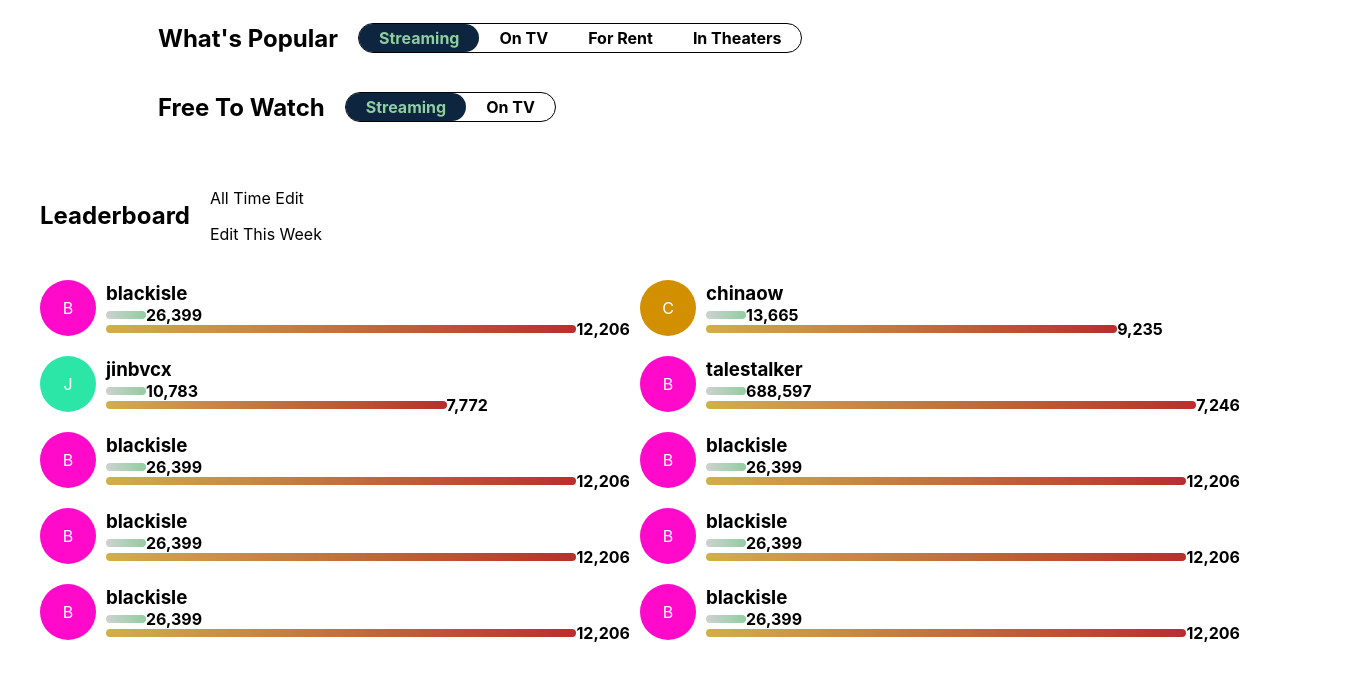
Repository: Fauzaanmhmd/qnpTesFrontend
Page: /
These files come from the project's save history. The page is drawn as it stood at one moment and after the next save; the edit follows.
The browser window is 1280 px wide. The page is 1371 px wide, so the pictures cover 1371 px, including what lies to the right of the window. The pictures show the part of the page from y = 364 to 1054 px (the page is 1054 px tall).
The page's requests for data from a server got no answer. The project was rebuilt for these pictures with package versions that can differ from the ones it lists, and the page was loaded fresh each time. The framework's server and built-in components were replaced by stand-ins that run in the browser. No one was signed in, and anything a server would have sent is missing. Also part of the build but not shown: next.config.js, styles/Moviecard.module.scss, pages/components/Moviecard.tsx.

Above is the page before, as saved 2022-03-20 23:01:09.

### pages/components/Banner.tsx
import styles from "../../styles/Banner.module.scss"

const Banner = () => {
    return (
        <div className={styles.container}>
            <div className={styles.BannerImg}>
                <img src="https://www.themoviedb.org/t/p/w1920_and_h600_multi_faces_filter(duotone,032541,01b4e4)/sfjqJDmNqMIImO5khiddb9TARvO.jpg" />
            </div>
            <div className={styles.MediaWrap}>
                <div className={styles.title}>
                    <h1>Welcome</h1>
                    <h2>Millions of movies, TV shows and people to discover. Explore now.</h2>
                    <form>
                        <label>
                            <input className={styles.inputSearch} type="text" placeholder="Seach for a movie, tv show, person....." />
                            <input className={styles.inputSubmit} type="submit" value="Search" />
                        </label>
                    </form>
                </div>
            </div>
        </div>
    )
}

export default Banner

### pages/Leaderboard.tsx
import styles from "../styles/Leaderboard.module.scss"

const Leaderboard = () => {
    return (
        <section className={styles.Container}>
            <div className={styles.ColumnWrapper}>
                <div className={styles.Column}>
                    <div className={styles.ColumnHeader}>
                        <h2>Leaderboard</h2>
                        <div className={styles.HeaderEdit}>
                            <span><p>All Time Edit</p></span>
                            <span><p>Edit This Week</p></span>
                        </div>
                    </div>
                    <div className={styles.Content}>
                        <ol className={styles.Leaderboard}>
                            <li>
                                <span className={styles.avatar}>
                                    <a href="https://www.themoviedb.org/u/blackisle">
                                        <span>B</span>
                                    </a>
                                </span>
                                <div className={styles.data}>
                                    <h3>
                                        <a href="https://www.themoviedb.org/u/blackisle">blackisle</a>
                                    </h3>
                                    <div className={styles.meter}>
                                        <div className={styles.gauge}>
                                        </div>
                                        <h4>26,399</h4>
                                    </div>
                                    <div className={styles.meterThisWeek}>
                                        <div className={styles.gaugeThisWeek}>
                                        </div>
                                        <h4>12,206</h4>
                                    </div>
                                </div>
                            </li>
                            <li>
                                <span className={styles.avatarC}>
                                    <a href="https://www.themoviedb.org/u/chinaow">
                                        <span>C</span>
                                    </a>
                                </span>
                                <div className={styles.data}>
                                    <h3>
                                        <a href="https://www.themoviedb.org/u/chinaow">chinaow</a>
                                    </h3>
                                    <div className={styles.meter}>
                                        <div className={styles.gauge}>
                                        </div>
                                        <h4>13,665</h4>
                                    </div>
                                    <div className={styles.meterThisWeek}>
                                        <div className={styles.gaugeThisWeekC}>
                                        </div>
                                        <h4>9,235</h4>
                                    </div>
                                </div>
                            </li>
                            <li>
                                <span className={styles.avatarJ}>
                                    <a href="https://www.themoviedb.org/u/jinbvcx">
                                        <span>J</span>
                                    </a>
                                </span>
                                <div className={styles.data}>
                                    <h3>
                                        <a href="https://www.themoviedb.org/u/jinbvcx">jinbvcx</a>
                                    </h3>
                                    <div className={styles.meter}>
                                        <div className={styles.gauge}>
                                        </div>
                                        <h4>10,783</h4>
                                    </div>
                                    <div className={styles.meterThisWeek}>
                                        <div className={styles.gaugeThisWeekJ}>
                                        </div>
                                        <h4>7,772</h4>
                                    </div>
                                </div>
                            </li>
                            <li>
                                <span className={styles.avatar}>
                                    <a href="/u/blackisle">
                                        <span>B</span>
                                    </a>
                                </span>
                                <div className={styles.data}>
                                    <h3>
                                        <a href="/u/blackisle">talestalker</a>
                                    </h3>
                                    <div className={styles.meter}>
                                        <div className={styles.gaugeT}>
                                        </div>
                                        <h4>688,597</h4>
                                    </div>
                                    <div className={styles.meterThisWeek}>
                                        <div className={styles.gaugeThisWeek}>
                                        </div>
                                        <h4>7,246</h4>
                                    </div>
                                </div>
                            </li>
                            <li>
                                <span className={styles.avatar}>
                                    <a href="/u/blackisle">
                                        <span>B</span>
                                    </a>
                                </span>
                                <div className={styles.data}>
                                    <h3>
                                        <a href="/u/blackisle">blackisle</a>
                                    </h3>
                                    <div className={styles.meter}>
                                        <div className={styles.gauge}>
                                        </div>
                                        <h4>26,399</h4>
                                    </div>
                                    <div className={styles.meterThisWeek}>
                                        <div className={styles.gaugeThisWeek}>
                                        </div>
                                        <h4>12,206</h4>
                                    </div>
                                </div>
                            </li>
                            <li>
                                <span className={styles.avatar}>
                                    <a href="/u/blackisle">
                                        <span>B</span>
                                    </a>
                                </span>
                                <div className={styles.data}>
                                    <h3>
                                        <a href="/u/blackisle">blackisle</a>
                                    </h3>
                                    <div className={styles.meter}>
                                        <div className={styles.gauge}>
                                        </div>
                                        <h4>26,399</h4>
                                    </div>
                                    <div className={styles.meterThisWeek}>
                                        <div className={styles.gaugeThisWeek}>
                                        </div>
                                        <h4>12,206</h4>
                                    </div>
                                </div>
                            </li>
                            <li>
                                <span className={styles.avatar}>
                                    <a href="/u/blackisle">
                                        <span>B</span>
                                    </a>
                                </span>
                                <div className={styles.data}>
                                    <h3>
                                        <a href="/u/blackisle">blackisle</a>
                                    </h3>
                                    <div className={styles.meter}>
                                        <div className={styles.gauge}>
                                        </div>
                                        <h4>26,399</h4>
                                    </div>
                                    <div className={styles.meterThisWeek}>
                                        <div className={styles.gaugeThisWeek}>
                                        </div>
                                        <h4>12,206</h4>
                                    </div>
                                </div>
                            </li>
                            <li>
                                <span className={styles.avatar}>
                                    <a href="/u/blackisle">
                                        <span>B</span>
                                    </a>
                                </span>
                                <div className={styles.data}>
                                    <h3>
                                        <a href="/u/blackisle">blackisle</a>
                                    </h3>
                                    <div className={styles.meter}>
                                        <div className={styles.gauge}>
                                        </div>
                                        <h4>26,399</h4>
                                    </div>
                                    <div className={styles.meterThisWeek}>
                                        <div className={styles.gaugeThisWeek}>
                                        </div>
                                        <h4>12,206</h4>
                                    </div>
                                </div>
                            </li>
                            <li>
                                <span className={styles.avatar}>
                                    <a href="/u/blackisle">
                                        <span>B</span>
                                    </a>
                                </span>
                                <div className={styles.data}>
                                    <h3>
                                        <a href="/u/blackisle">blackisle</a>
                                    </h3>
                                    <div className={styles.meter}>
                                        <div className={styles.gauge}>
                                        </div>
                                        <h4>26,399</h4>
                                    </div>
                                    <div className={styles.meterThisWeek}>
                                        <div className={styles.gaugeThisWeek}>
                                        </div>
                                        <h4>12,206</h4>
                                    </div>
                                </div>
                            </li>
                            <li>
                                <span className={styles.avatar}>
                                    <a href="/u/blackisle">
                                        <span>B</span>
                                    </a>
                                </span>
                                <div className={styles.data}>
                                    <h3>
                                        <a href="/u/blackisle">blackisle</a>
                                    </h3>
                                    <div className={styles.meter}>
                                        <div className={styles.gauge}>
                                        </div>
                                        <h4>26,399</h4>
                                    </div>
                                    <div className={styles.meterThisWeek}>
                                        <div className={styles.gaugeThisWeek}>
                                        </div>
                                        <h4>12,206</h4>
                                    </div>
                                </div>
                            </li>
                        </ol>
                    </div>
                </div>
            </div>
        </section>
    )
}

export default Leaderboard

### styles/utils/utils.scss
@import "./color.scss";

### styles/utils/color.scss
$lightgreen : #90cea1;
$white: #FFFFFF;
$lightblue: #01b4e4;
$darkblue: #0d253f;
$pink: #ff09ca;
$lightergreen: #ced1cf ;
$logoorange: #cfb049 ;
$logored: #b92e2e;
$accountTeal: #2ce6a8;

### styles/Navbar.module.scss
@import "./utils/utils.scss";

.Navbar {
    display: flex;
    justify-content: space-between;
    background-color: $darkblue;
    width: 100%;
    height: 4rem;
    align-items: center;
    padding: 0 6rem 0 6rem;
}

.MenuBar {
    text-align: center;
}

.MenuBar ul {
    display: inline-flex;
    list-style: none;
}

.MenuBar ul li {
    padding: 1rem;
}

.NavbarItem {
    display: flex;

    img {
        width: 154px;
        height: 20px;
    }
}

.NavbarIcon {
    display: flex;
    justify-content: center;
}

.SubIcon {
    a {
        svg {
            width: 24px;
            height: 24px;
        }
    }
}

.Submenu {
    display: none;
}

.MenuBar ul li:hover .Submenu {
    display: block;
    position: absolute;
    background-color: $white;
    margin-top: 10px;
    margin-left: -15px;
    width: 13rem;
}

.Submenu {
    li {
        cursor: pointer;
    }
}

.MenuBar li a {
    cursor: pointer;
    text-decoration: none;
    color: $white;
}

.MenuBar ul li:hover .Submenu ul {
    display: block;
    margin: 10px;
}

.MenuBar ul li:hover .Submenu ul {
    padding: 5px;
    background: transparent;
    text-align: left;
}

### styles/Banner.module.scss
@import "./utils/utils.scss";

.container {
    display: flex;
    flex-wrap: wrap;
    justify-content: center;
    width: 100%;
    box-sizing: border-box;
}

.BannerImg {
    img {
        width: 1300px;
        height: 300px;
    }
}

.MediaWrap {
    width: 100%;
    display: flex;
    align-items: flex-start;
    align-content: flex-start;
    padding-left: 10rem;
    padding-top: 4rem;
    position: absolute;
}

.title {
    color: $white;
    h1 {
        margin-bottom: 0;
    }

    h2 {
        margin-top: 0;
    }

    form {
        margin-top: 30px;
        position: relative;
        top: 0;
        left: 0;
    }
}


.inputSearch {
    height: 46px;
    width: 1210px;
    height: 46px;
    line-height: 46px;
    font-size: 1.1em;
    color: rgba(0,0,0,0.5);
    border: none;
    border-radius: 30px;
    padding: 10px 20px;
    outline: none;
}

.inputSubmit {
    display: inline-flex;
    justify-content: center;
    align-content: center;
    align-items: center;
    height: 46px;
    padding: 10px 26px;
    border: none;
    background: $lightblue;
    border-radius: 30px;
    position: absolute;
    top: 0;
    right: -1px;
    color: #fff;
    cursor: pointer;
}

### styles/Leaderboard.module.scss
@import "./utils/utils.scss";

.Container {
    width: 1300px;
    display: flex;
    justify-content: center;
}

.ColumnWrapper {
    width: 100%;
    display: flex;
    align-items: flex-start;
    align-content: flex-start;
    padding-left: 40px;
    padding-right: 40px;
    padding-top: 30px;
    padding-bottom: 30px
}

.Column {
    width: 100%;
}

.ColumnHeader {
    display: flex;
    justify-content: flex-start;
    align-items: center;
    align-content: center;

    h2 {
        margin-right: 20px;
        white-space: nowrap;
    }
}

.HeaderEdit {
    display: block;
}

.Content {
    padding-top: 20px;
}

.Leaderboard {
    width: 100%;
    margin: 0;
    padding: 0;
    list-style-type: none;
    list-style-position: inside;
    display: flex;
    flex-wrap: wrap;

    li {
        padding: 0;
        margin: 0;
        display: flex;
        align-items: center;
        align-content: center;
        width: 50%;
        margin-bottom: 20px;
    }
}

.Leaderboard li:nth-child(odd) {
    padding-right: 10px;
}

.avatar {
    min-width: 56px;
    width: 56px;
    height: 56px;
    margin-right: 10px;
    display: flex;
    justify-content: center;
    align-items: center;
    background-color: $pink;
    border-radius: 50%;

    span {
        color: $white;
    }
}

.avatarJ {
    min-width: 56px;
    width: 56px;
    height: 56px;
    margin-right: 10px;
    display: flex;
    justify-content: center;
    align-items: center;
    background-color: $accountTeal;
    border-radius: 50%;

    span {
        color: $white;
    }
}

.avatarC {
    min-width: 56px;
    width: 56px;
    height: 56px;
    margin-right: 10px;
    display: flex;
    justify-content: center;
    align-items: center;
    background-color: #D29001;
    border-radius: 50%;

    span {
        color: $white;
    }
}

.data {
    width: 100%;
    display: flex;
    align-items: center;
    align-content: center;
    flex-wrap: wrap;

    h3 {
        margin: 0;
        padding: 0;
        color: #000;
    }
}

.meter {
    width: 100%;
    height: 8px;
    display: flex;
    align-items: center;
    align-content: center;
    margin-top: 6px;
}

.gauge {
    height: 100%;
    min-width: 40px;
    border-radius: 4px;
    background: linear-gradient(to right, $lightergreen, $lightgreen);
}

.gaugeT {
    height: 100%;
    min-width: 40px;
    border-radius: 4px;
    background: linear-gradient(to right, $lightergreen, $lightgreen);
}

.meterThisWeek {
    width: 100%;
    height: 8px;
    display: flex;
    align-items: center;
    align-content: center;
    margin-top: 6px;
}

.gaugeThisWeek {
    width: 100%;
    height: 100%;
    min-width: 40px;
    border-radius: 4px;
    background: linear-gradient(to right, $logoorange, $logored);
}

.gaugeThisWeekJ {
    width: 65%;
    height: 100%;
    min-width: 40px;
    border-radius: 4px;
    background: linear-gradient(to right, $logoorange, $logored);
}

.gaugeThisWeekC {
    width: 77%;
    height: 100%;
    min-width: 40px;
    border-radius: 4px;
    background: linear-gradient(to right, $logoorange, $logored);
}

Loaded but not shown: pages/_app.tsx (common file); styles/globals.scss (common file); pages/index.tsx (147 lines, source omitted); pages/components/Navbar.tsx (100 lines, source omitted); styles/Home.module.scss (92 lines, source omitted)

After the next save:
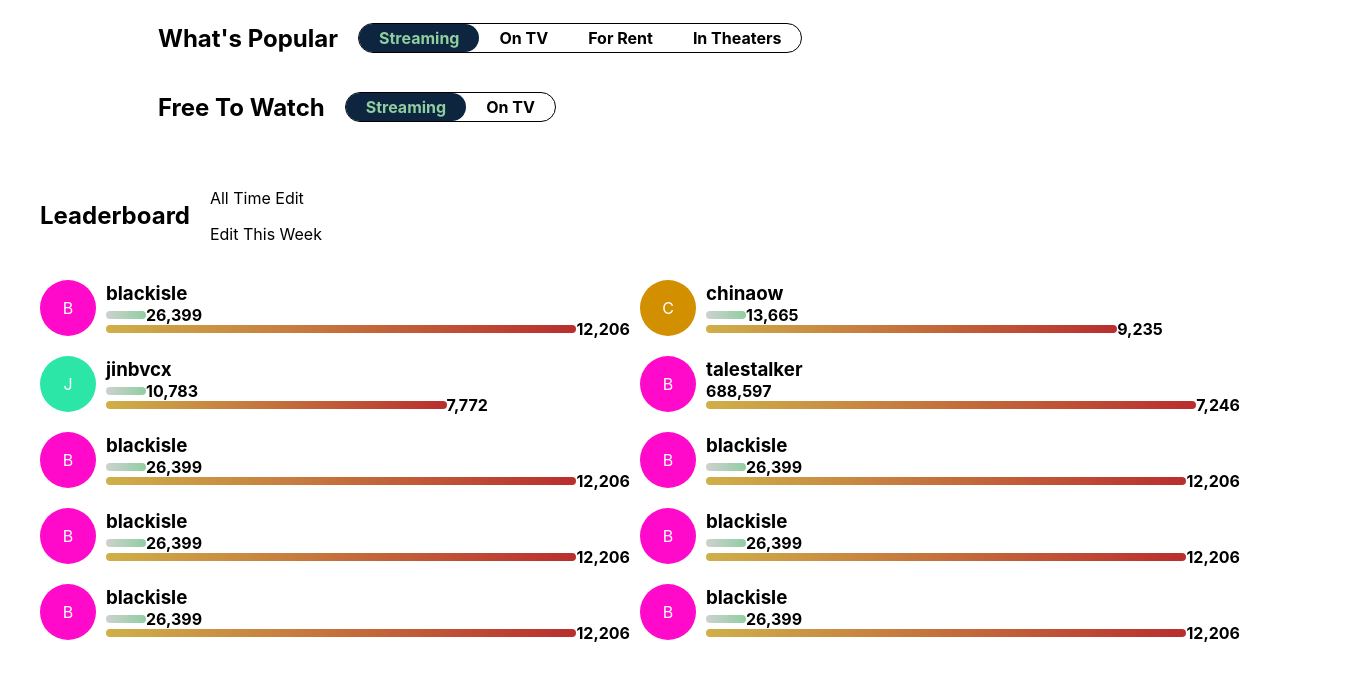
Saved 33 s later.
--- a/styles/Leaderboard.module.scss
+++ b/styles/Leaderboard.module.scss
@@ -143,12 +143,6 @@
     background: linear-gradient(to right, $lightergreen, $lightgreen);
 }
 
-.gaugeT {
-    height: 100%;
-    min-width: 40px;
-    border-radius: 4px;
-    background: linear-gradient(to right, $lightergreen, $lightgreen);
-}
 
 .meterThisWeek {
     width: 100%;

After the save that followed:
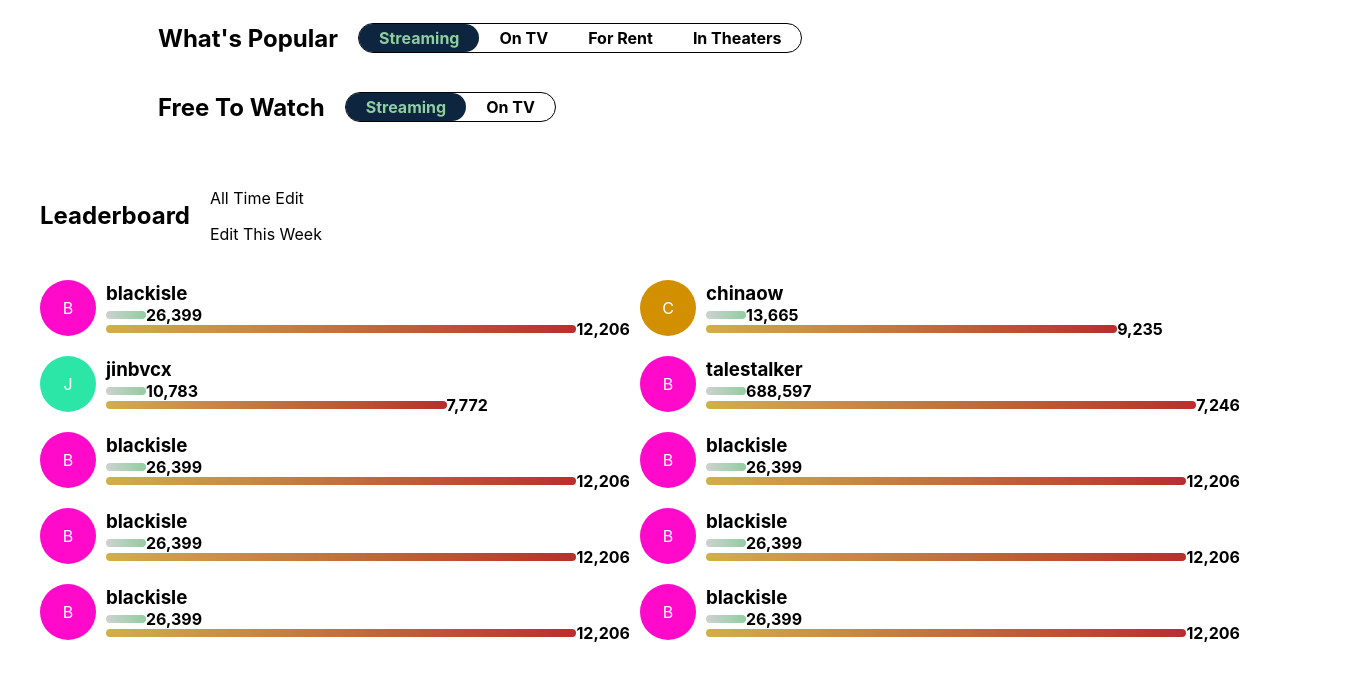
Saved 14 s later.
--- a/pages/Leaderboard.tsx
+++ b/pages/Leaderboard.tsx
@@ -91,7 +91,7 @@
                                         <a href="/u/blackisle">talestalker</a>
                                     </h3>
                                     <div className={styles.meter}>
-                                        <div className={styles.gaugeT}>
+                                        <div className={styles.gauge}>
                                         </div>
                                         <h4>688,597</h4>
                                     </div>
